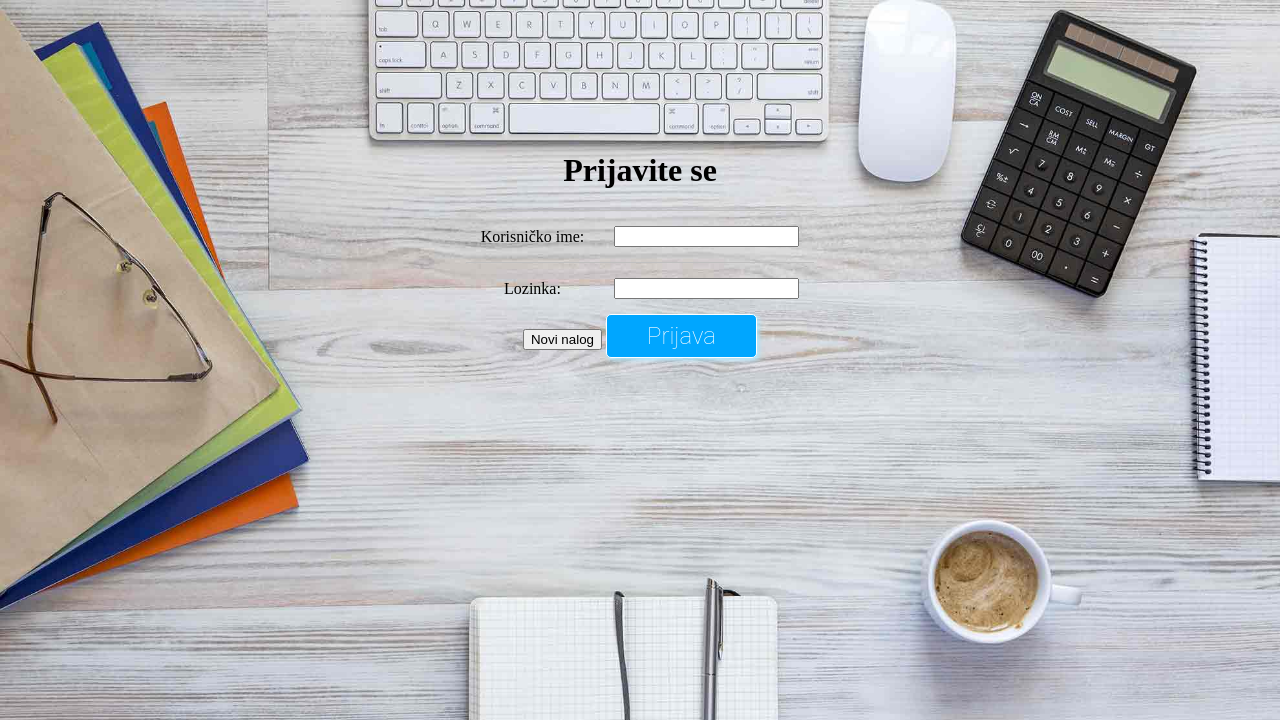
Repository: KristijanPetkovic/java-applet-video-library
Page: http://localhost/www.videoteka.com/
These files come from the project's save history. The page is drawn as it stood at one moment and after the next save; the edit follows.
The browser window is 1280 px wide. The pictures show the whole page.
The page is served by Tomcat 9.

Above is the page before, as saved 2019-01-09 21:15:19.

After the next save:
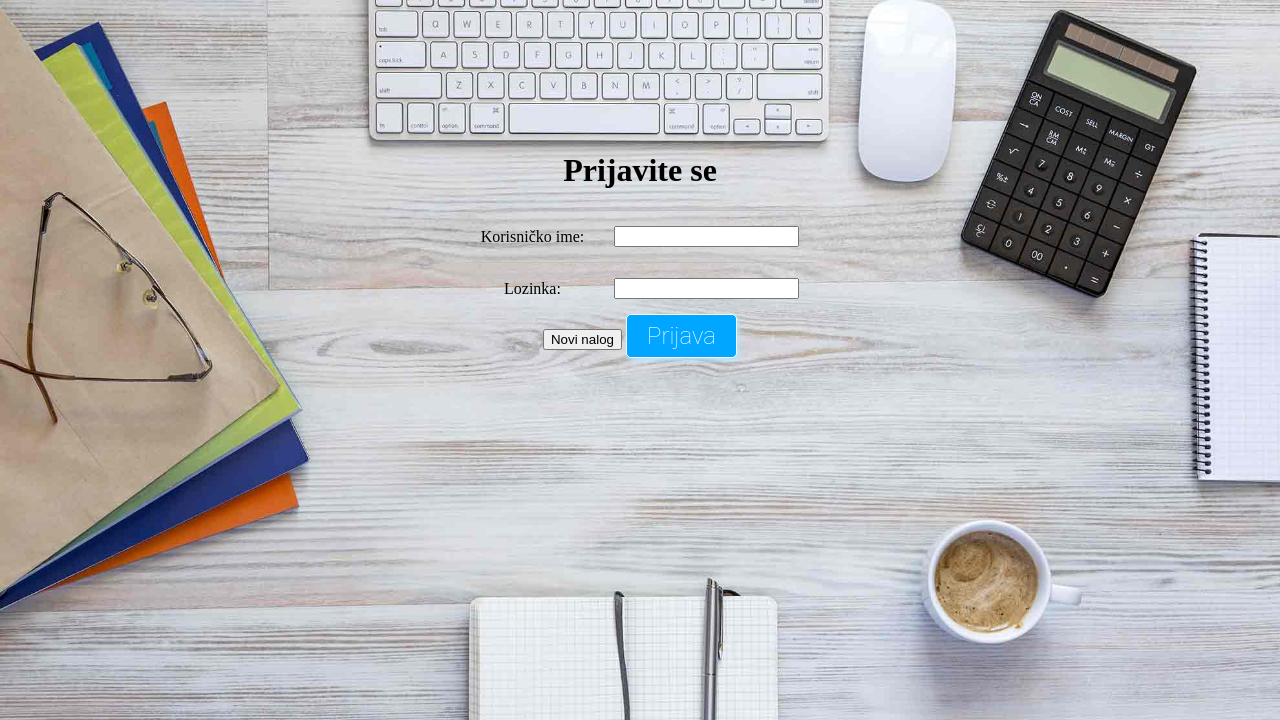
Saved 14 s later.
--- a/Projekti/www.videoteka.com/WebContent/logovanje.css
+++ b/Projekti/www.videoteka.com/WebContent/logovanje.css
@@ -50,7 +50,7 @@ input:focus{
 .color-change {
   border-radius: 5px;
   font-size: 20px;
-  padding: 7px 40px;
+  padding: 7px 20px;
   cursor: pointer;
   color: #fff;
   background-color: #00A6FF;
